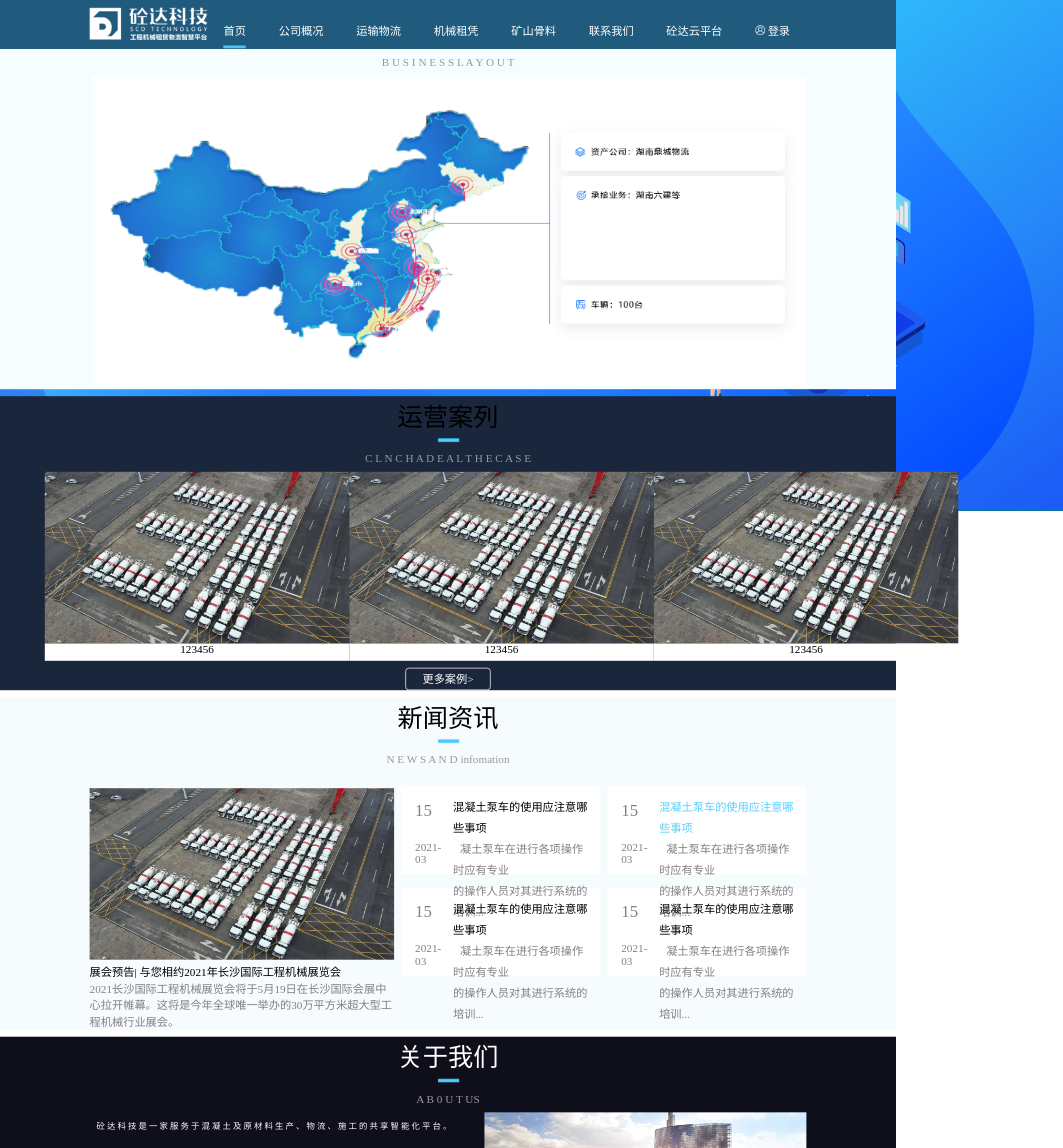
Repository: nzrdjdj/nzrdjdj.github.io
Page: index.html
An editor plug-in stored every save of this project. The page is shown before and after a run of saves, followed by the edit.
The browser window is 1280 px wide. The page is 1519 px wide, so the pictures cover 1519 px, including what lies to the right of the window. The pictures show the part of the page from y = 0 to 1640 px (the page is 2036 px tall before and 2766 px after), at 70% of full size.

Above is the page before, as saved 2021-10-09 10:02:43.

After the next 4 saves:
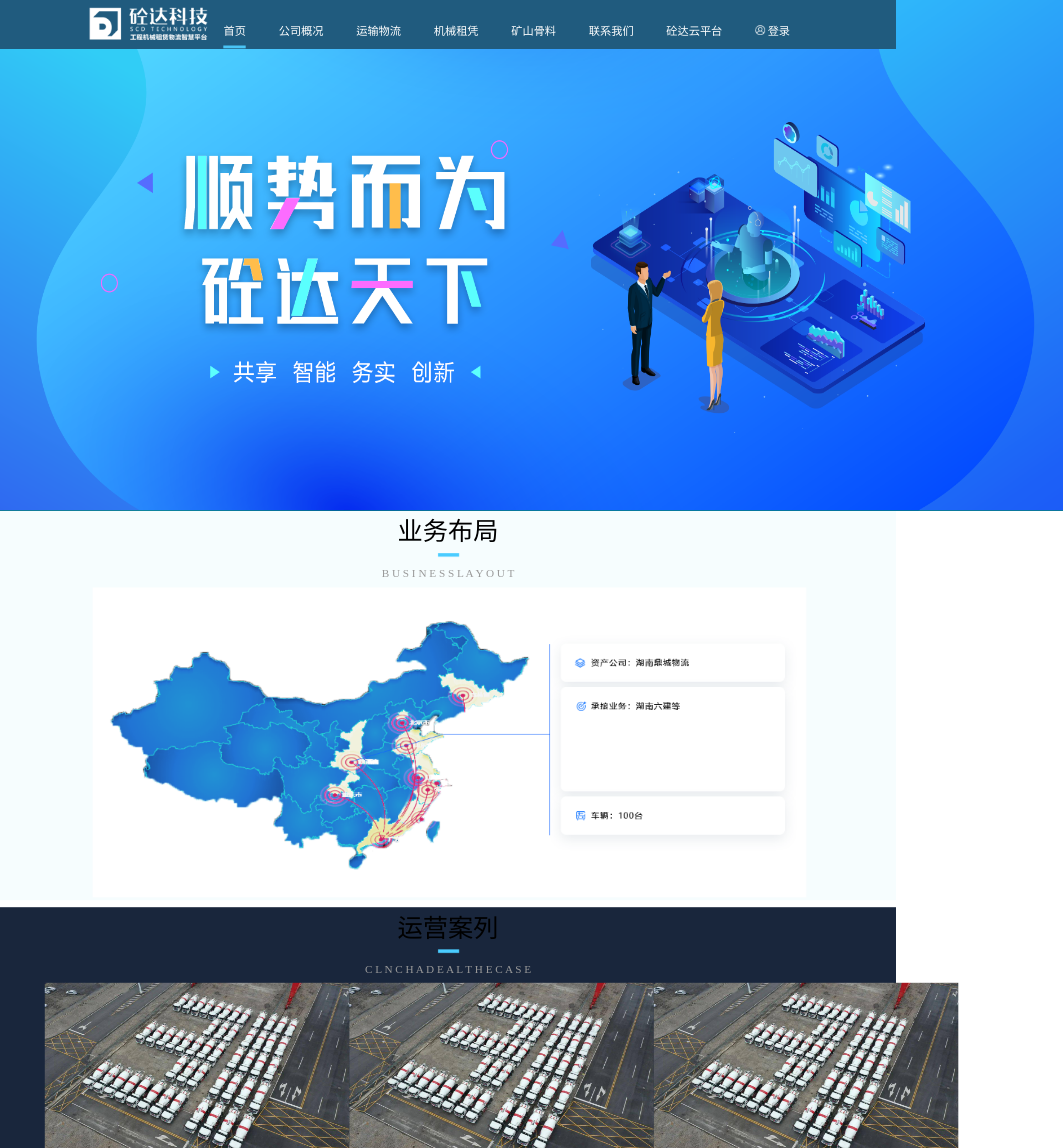
The 4 saves are shown as one change because they came seconds apart.
The last was saved 20 s later.
--- a/css/lunbo.css
+++ b/css/lunbo.css
@@ -4,3 +4,6 @@
     position: absolute;
     display: none;
 }
+.lunbo{
+    height: 730px;
+}
